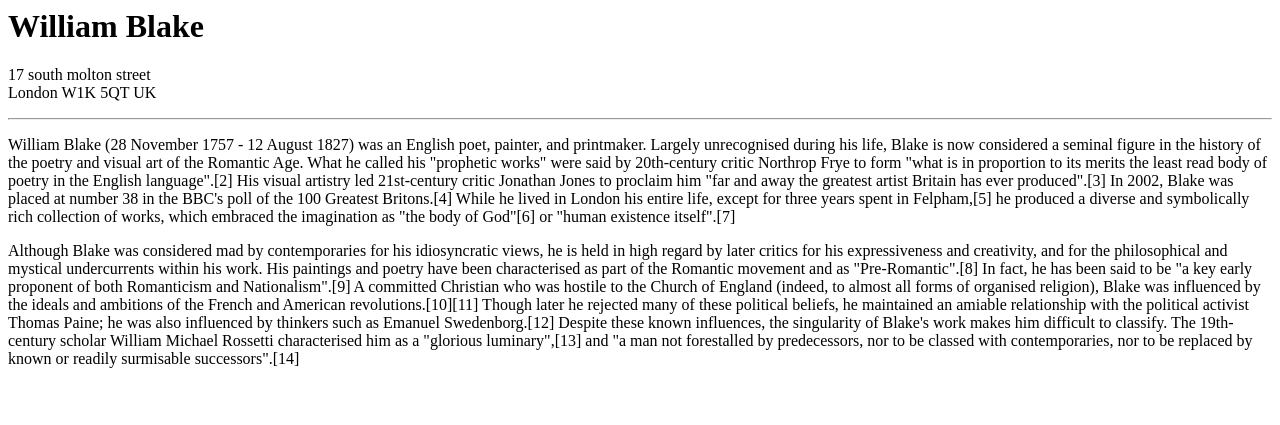
Repository: logan-lampton/python
Page: web-foundation/poet.html
These files come from the project's save history. The page is drawn as it stood at one moment and after the next save; the edit follows.
The browser window is 1280 px wide. The pictures show the whole page.

Above is the page before, as saved 2023-08-23 15:38:39.

### web-foundation/poet.html
<h1>William Blake</h1>

<p>
  17 south molton street<br />
  London W1K 5QT UK
</p>
<hr />

<p>
  William Blake (28 November 1757 - 12 August 1827) was an English poet,
  painter, and printmaker. Largely unrecognised during his life, Blake is now
  considered a seminal figure in the history of the poetry and visual art of the
  Romantic Age. What he called his "prophetic works" were said by 20th-century
  critic Northrop Frye to form "what is in proportion to its merits the least
  read body of poetry in the English language".[2] His visual artistry led
  21st-century critic Jonathan Jones to proclaim him "far and away the greatest
  artist Britain has ever produced".[3] In 2002, Blake was placed at number 38
  in the BBC's poll of the 100 Greatest Britons.[4] While he lived in London his
  entire life, except for three years spent in Felpham,[5] he produced a diverse
  and symbolically rich collection of works, which embraced the imagination as
  "the body of God"[6] or "human existence itself".[7]
</p>

<p>
  Although Blake was considered mad by contemporaries for his idiosyncratic
  views, he is held in high regard by later critics for his expressiveness and
  creativity, and for the philosophical and mystical undercurrents within his
  work. His paintings and poetry have been characterised as part of the Romantic
  movement and as "Pre-Romantic".[8] In fact, he has been said to be "a key
  early proponent of both Romanticism and Nationalism".[9] A committed Christian
  who was hostile to the Church of England (indeed, to almost all forms of
  organised religion), Blake was influenced by the ideals and ambitions of the
  French and American revolutions.[10][11] Though later he rejected many of
  these political beliefs, he maintained an amiable relationship with the
  political activist Thomas Paine; he was also influenced by thinkers such as
  Emanuel Swedenborg.[12] Despite these known influences, the singularity of
  Blake's work makes him difficult to classify. The 19th-century scholar William
  Michael Rossetti characterised him as a "glorious luminary",[13] and "a man
  not forestalled by predecessors, nor to be classed with contemporaries, nor to
  be replaced by known or readily surmisable successors".[14]
</p>

After the next save:
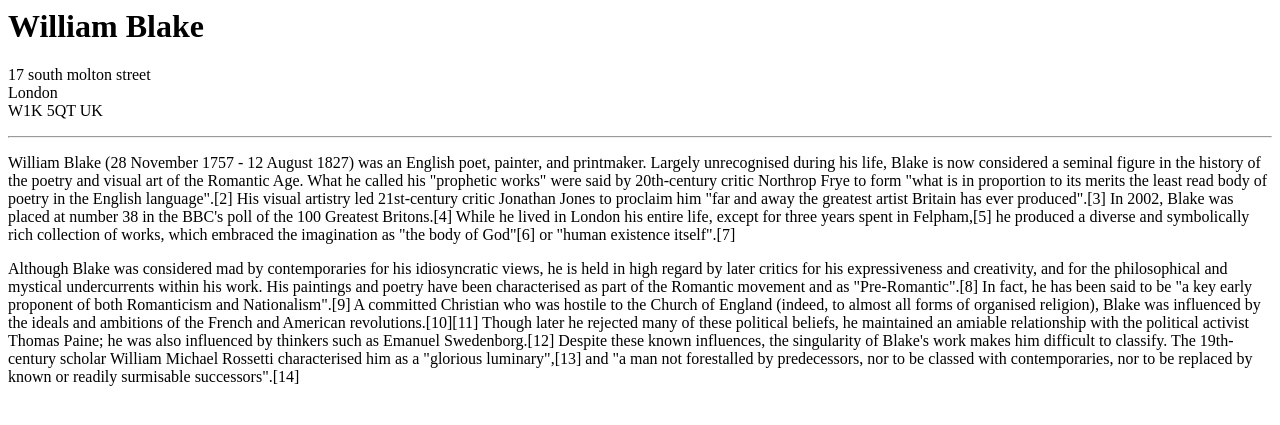
Saved 13 s later.
--- a/web-foundation/poet.html
+++ b/web-foundation/poet.html
@@ -2,7 +2,7 @@
 
 <p>
   17 south molton street<br />
-  London W1K 5QT UK
+  London <br />W1K 5QT UK
 </p>
 <hr />
 
